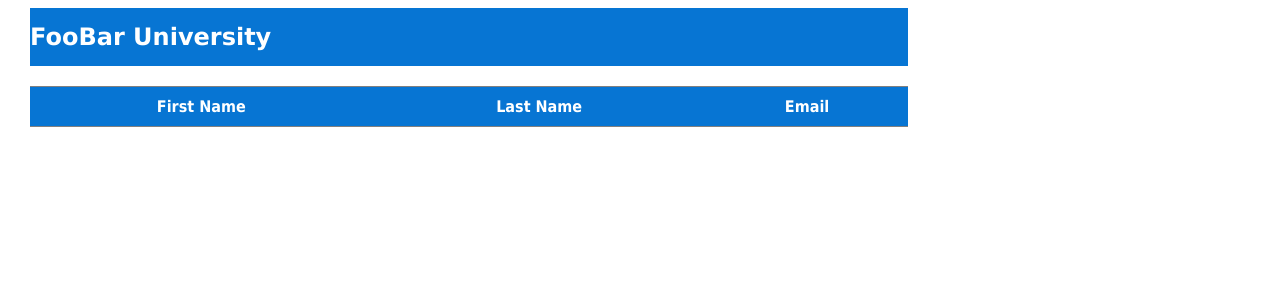
Repository: ddwysg1/JSP-Servlets-and-JDBC-for-beginners
Page: http://localhost/web-student-tracker/StudentControllerServlet
These files come from the project's save history. The page is drawn as it stood at one moment and after the next save; the edit follows.
The browser window is 1280 px wide. The pictures show the whole page.
The page is served by Tomcat 9. Queries for data that is not in the repository find no rows.

Above is the page before, as saved 2018-07-18 09:47:26.

After the next save:
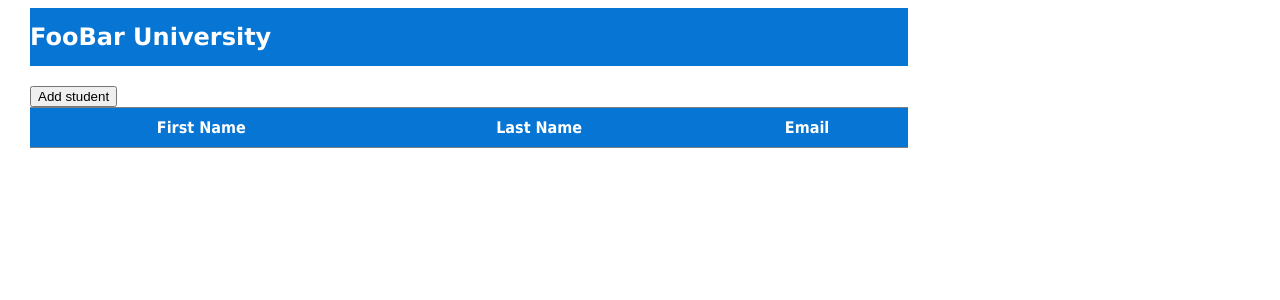
Saved 9 min 43 s later.
--- a/jsp-servlet-jdbc-app/web-student-tracker/WebContent/list-students.jsp
+++ b/jsp-servlet-jdbc-app/web-student-tracker/WebContent/list-students.jsp
@@ -16,6 +16,9 @@
 	<div id="container">
 
 		<div id="content">
+			<input type="button" value="Add student"
+				onclick = "window.location.href='add-student-form.jsp'"
+			/>
 
 			<table>
 
